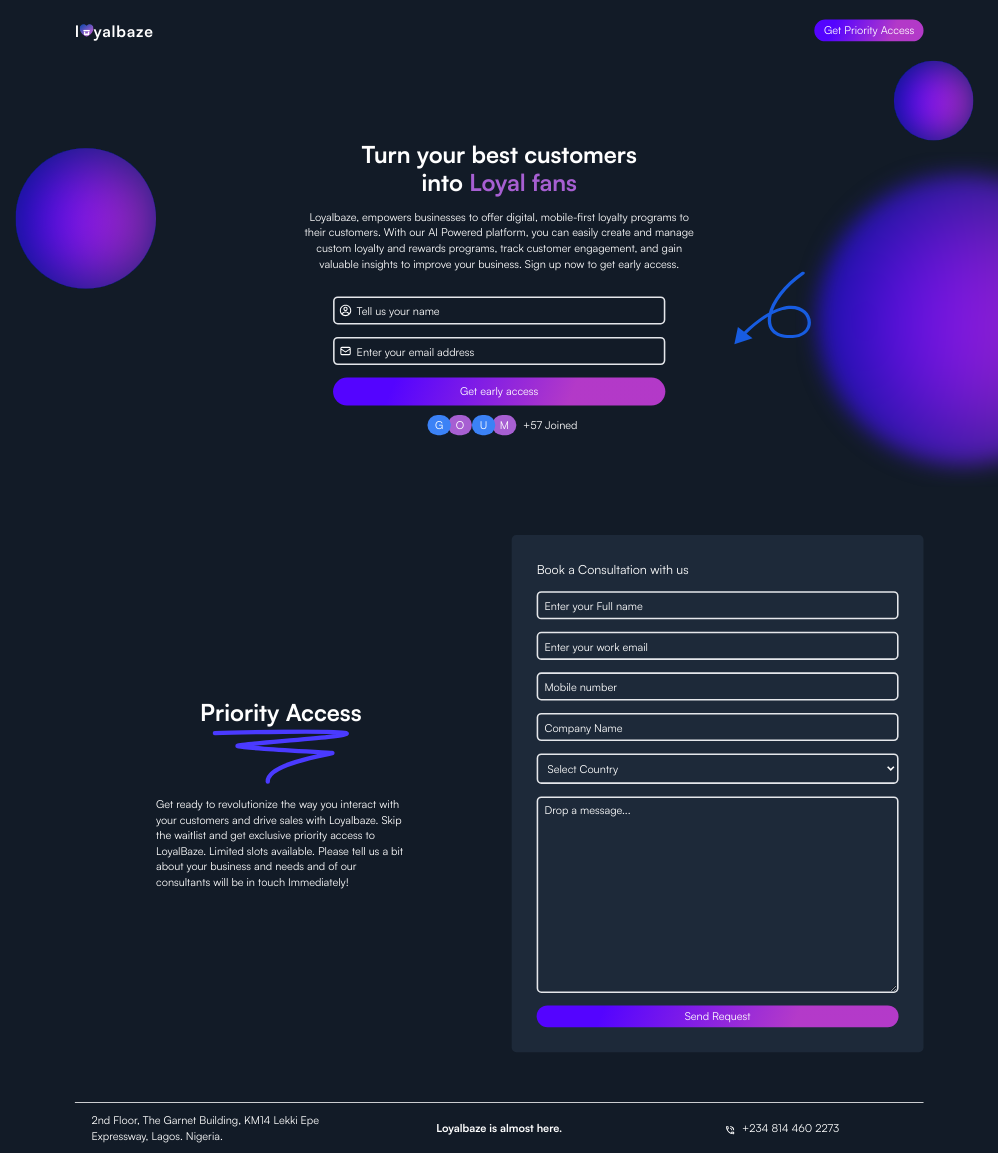
Repository: Jerified/loyalbaze
Page: /
The author's editor kept a copy of each file at every save. The page is drawn from the files as they stood at one save, then again after the next save.
The browser window is 1280 px wide. The pictures show the whole page, at 78% of full size.
The project was rebuilt for these pictures with package versions that can differ from the ones it lists, and the page was loaded fresh each time. The framework's server and built-in components were replaced by stand-ins that run in the browser. Also part of the build but not shown: next.config.js.

Above is the page before, as saved 2023-02-14 17:35:59.

### src/app/layout.tsx
import Header from '@/components/Header'
import localFont from '@next/font/local'
import './globals.css'
// import Providers from '../../';

const satoshi = localFont({
  src: [
    {
      path: '../../public/fonts/Satoshi-Regular.woff2',
      weight: '400',
    },
    {
      path: '../../public/fonts/Satoshi-Bold.woff2',
      weight: '700',
    },
  ]
})

export default function RootLayout({
  children,
}: {
  children: React.ReactNode
}) {
  return (
    <html lang="en">
      <head />
      <body className={satoshi.className}>
          <Header />
          {children}
      </body>
    </html>
  );
}

### src/app/page.tsx
import Contents from "@/components/Contents";
import Footer from "@/components/Footer";
import Form from "@/components/Form";


export default async function Home() {

  return  (
  <main className=''>
    <Contents />
    <Form />
    <Footer />
  </main>
  )
}

### src/components/Header.tsx
import { AiFillHome } from "react-icons/ai";
import { BsFillInfoCircleFill } from "react-icons/bs";
import Link from "next/link";

export default function Header() {
  return (
    <div className="flex justify-between px-8 sm:mx-auto items-center py-6 max-w-6xl mx-auto">
      <div className="text-xl font-semibold tracking-wider flex items-end justify-end">
        l
        <div className="relative">
          <svg
            width="10"
            height="8"
            viewBox="0 0 10 8"
            fill="none"
            xmlns="http://www.w3.org/2000/svg"
            className="absolute bottom-2 right-[0.23rem]"
          >
            <path
              d="M8.42822 3V5.57143C8.42822 6.51857 7.66108 7.28571 6.71394 7.28571H3.28537C2.33822 7.28571 1.57108 6.51857 1.57108 5.57143V3C1.57108 2.76429 1.76394 2.57143 1.99965 2.57143H2.84394C3.07965 2.57143 3.27251 2.76429 3.27251 3V4.34571C3.27295 4.5733 3.36327 4.7915 3.5238 4.95283C3.68432 5.11416 3.90207 5.20556 4.12965 5.20714C4.29251 5.20714 4.45537 5.16 4.59679 5.06571L5.00394 4.8L5.38108 5.05286C5.64251 5.22857 5.97679 5.25 6.25537 5.1C6.53822 4.95 6.71394 4.66286 6.71394 4.34143V3C6.71394 2.76429 6.90679 2.57143 7.14251 2.57143H7.99965C8.23537 2.57143 8.42822 2.76429 8.42822 3ZM9.07108 0.857143V1.28571C9.07108 1.75714 8.84394 2.14286 8.21394 2.14286H1.78537C1.12965 2.14286 0.928223 1.75714 0.928223 1.28571V0.857143C0.928223 0.385714 1.12965 0 1.78537 0H8.21394C8.84394 0 9.07108 0.385714 9.07108 0.857143Z"
              fill="white"
            />
          </svg>

          <span className="w-">
            <svg
              width="18"
              height="30"
              viewBox="0 0 34 30"
              fill="none"
              xmlns="http://www.w3.org/2000/svg"
            >
              <path
                d="M24.4002 0.169922C21.3835 0.169922 18.6835 1.63659 17.0002 3.88659C16.1404 2.73461 15.0239 1.79891 13.7394 1.15375C12.4549 0.508585 11.0376 0.171731 9.60016 0.169922C4.4835 0.169922 0.333496 4.33659 0.333496 9.48659C0.333496 11.4699 0.650163 13.3033 1.20016 15.0033C3.8335 23.3366 11.9502 28.3199 15.9668 29.6866C16.5335 29.8866 17.4668 29.8866 18.0335 29.6866C22.0502 28.3199 30.1668 23.3366 32.8002 15.0033C33.3502 13.3033 33.6668 11.4699 33.6668 9.48659C33.6668 4.33659 29.5168 0.169922 24.4002 0.169922Z"
                fill="url(#paint0_linear_1098_9360)"
              />
              <defs>
                <linearGradient
                  id="paint0_linear_1098_9360"
                  x1="2.3335"
                  y1="0.333333"
                  x2="19.3335"
                  y2="22.5"
                  gradientUnits="userSpaceOnUse"
                >
                  <stop stop-color="#175CE1" stop-opacity="0.71" />
                  <stop offset="1" stop-color="#A75FD2" stop-opacity="0.94" />
                </linearGradient>
              </defs>
            </svg>
          </span>
        </div>
        yalbaze
      </div>

      <button className=" px-3 py-1 rounded-full bg-[linear-gradient(112.92deg,_#5404FF_18.35%,rgba(189,_59,_210,_0.94)_71.49%)] text-sm">
        <div className="bg-inherit">Get Priority Access</div>
      </button>
    </div>
  );
}

### src/app/globals.css


@tailwind base;
@tailwind components;
@tailwind utilities;

body{
  background-color: #121B27;
  color: white;
  font-family: 'satoshi';
}

@layer components {
  input {
  @apply bg-inherit border-2 w-full rounded-md py-1 px-2 pl-2 placeholder:text-[14px] caret-[#A75FD2] outline-none placeholder:text-white
  }
}

### src/components/Contents.tsx
import React from 'react'
import {CgProfile} from 'react-icons/cg'
import { HiOutlineMail } from "react-icons/hi";

const Contents = () => {
  return (
    <div className="pt-8 lg:pt-0 pb-16 relative px-8">
      <div className="hidden lg:flex justify-end">
        <svg
          width="102"
          height="102"
          viewBox="0 0 102 102"
          fill="none"
          xmlns="http://www.w3.org/2000/svg"
        >
          <g filter="url(#filter0_i_1098_9860)">
            <circle
              cx="51"
              cy="51"
              r="51"
              fill="url(#paint0_linear_1098_9860)"
            />
          </g>
          <defs>
            <filter
              id="filter0_i_1098_9860"
              x="0"
              y="0"
              width="103.02"
              height="104.04"
              filterUnits="userSpaceOnUse"
              color-interpolation-filters="sRGB"
            >
              <feFlood flood-opacity="0" result="BackgroundImageFix" />
              <feBlend
                mode="normal"
                in="SourceGraphic"
                in2="BackgroundImageFix"
                result="shape"
              />
              <feColorMatrix
                in="SourceAlpha"
                type="matrix"
                values="0 0 0 0 0 0 0 0 0 0 0 0 0 0 0 0 0 0 127 0"
                result="hardAlpha"
              />
              <feOffset dx="1.02" dy="2.04" />
              <feGaussianBlur stdDeviation="25.5" />
              <feComposite
                in2="hardAlpha"
                operator="arithmetic"
                k2="-1"
                k3="1"
              />
              <feColorMatrix
                type="matrix"
                values="0 0 0 0 0 0 0 0 0 0.113725 0 0 0 0 0.431373 0 0 0 1 0"
              />
              <feBlend
                mode="normal"
                in2="shape"
                result="effect1_innerShadow_1098_9860"
              />
            </filter>
            <linearGradient
              id="paint0_linear_1098_9860"
              x1="5.1"
              y1="70.89"
              x2="100.108"
              y2="75.3654"
              gradientUnits="userSpaceOnUse"
            >
              <stop stop-color="#5404FF" />
              <stop offset="0.899616" stop-color="#BA2AD1" />
            </linearGradient>
          </defs>
        </svg>
      </div>
      <div className="absolute left-5 hidden lg:block -z-1">
        <svg
          width="180"
          height="200"
          viewBox="0 0 200 200"
          fill="none"
          xmlns="http://www.w3.org/2000/svg"
        >
          <g filter="url(#filter0_i_3346_6249)">
            <circle
              cx="100"
              cy="100"
              r="100"
              fill="url(#paint0_linear_3346_6249)"
            />
          </g>
          <defs>
            <filter
              id="filter0_i_3346_6249"
              x="0"
              y="0"
              width="202"
              height="204"
              filterUnits="userSpaceOnUse"
              color-interpolation-filters="sRGB"
            >
              <feFlood flood-opacity="0" result="BackgroundImageFix" />
              <feBlend
                mode="normal"
                in="SourceGraphic"
                in2="BackgroundImageFix"
                result="shape"
              />
              <feColorMatrix
                in="SourceAlpha"
                type="matrix"
                values="0 0 0 0 0 0 0 0 0 0 0 0 0 0 0 0 0 0 127 0"
                result="hardAlpha"
              />
              <feOffset dx="2" dy="4" />
              <feGaussianBlur stdDeviation="50" />
              <feComposite
                in2="hardAlpha"
                operator="arithmetic"
                k2="-1"
                k3="1"
              />
              <feColorMatrix
                type="matrix"
                values="0 0 0 0 0 0 0 0 0 0.113725 0 0 0 0 0.431373 0 0 0 1 0"
              />
              <feBlend
                mode="normal"
                in2="shape"
                result="effect1_innerShadow_3346_6249"
              />
            </filter>
            <linearGradient
              id="paint0_linear_3346_6249"
              x1="10"
              y1="139"
              x2="196.289"
              y2="147.775"
              gradientUnits="userSpaceOnUse"
            >
              <stop stop-color="#5404FF" />
              <stop offset="0.899616" stop-color="#BA2AD1" />
            </linearGradient>
          </defs>
        </svg>
      </div>
      <div className="absolute right-0 hidden lg:block -z-1">
        <svg
          width="260"
          height="460"
          viewBox="0 0 279 460"
          fill="none"
          xmlns="http://www.w3.org/2000/svg"
        >
          <g filter="url(#filter0_if_3250_3646)">
            <circle
              cx="230"
              cy="230"
              r="200"
              fill="url(#paint0_linear_3250_3646)"
            />
          </g>
          <defs>
            <filter
              id="filter0_if_3250_3646"
              x="0"
              y="0"
              width="460"
              height="460"
              filterUnits="userSpaceOnUse"
              color-interpolation-filters="sRGB"
            >
              <feFlood flood-opacity="0" result="BackgroundImageFix" />
              <feBlend
                mode="normal"
                in="SourceGraphic"
                in2="BackgroundImageFix"
                result="shape"
              />
              <feColorMatrix
                in="SourceAlpha"
                type="matrix"
                values="0 0 0 0 0 0 0 0 0 0 0 0 0 0 0 0 0 0 127 0"
                result="hardAlpha"
              />
              <feOffset dx="4" dy="8" />
              <feGaussianBlur stdDeviation="100" />
              <feComposite
                in2="hardAlpha"
                operator="arithmetic"
                k2="-1"
                k3="1"
              />
              <feColorMatrix
                type="matrix"
                values="0 0 0 0 0 0 0 0 0 0.113725 0 0 0 0 0.431373 0 0 0 1 0"
              />
              <feBlend
                mode="normal"
                in2="shape"
                result="effect1_innerShadow_3250_3646"
              />
              <feGaussianBlur
                stdDeviation="15"
                result="effect2_foregroundBlur_3250_3646"
              />
            </filter>
            <linearGradient
              id="paint0_linear_3250_3646"
              x1="50"
              y1="308"
              x2="422.578"
              y2="325.551"
              gradientUnits="userSpaceOnUse"
            >
              <stop stop-color="#5404FF" />
              <stop offset="0.899616" stop-color="#BA2AD1" />
            </linearGradient>
          </defs>
        </svg>
      </div>

      <h1 className="font-bold text-center text-3xl max-w-sm mx-auto">
        Turn your best customers into{" "}
        <span className="text-[#A75FD2] ">Loyal fans</span>
      </h1>
      <p className="text-center pt-4 max-w-[22rem] md:max-w-lg mx-auto text-sm z-100">
        Loyalbaze, empowers businesses to offer digital, mobile-first loyalty
        programs to their customers. With our AI Powered platform, you can
        easily create and manage custom loyalty and rewards programs, track
        customer engagement, and gain valuable insights to improve your
        business. Sign up now to get early access.
      </p>
      <form action="" className="pt-8 grid place-items-center gap-4 pb-3 relative">
        <div className='absolute right-[13rem] top-0 hidden lg:block'>
          <svg width="99" height="94" viewBox="0 0 99 94" fill="none" xmlns="http://www.w3.org/2000/svg">
<path d="M89.8737 3.49999C90.82 2.84772 91.0138 1.6312 90.3065 0.782795C89.5992 -0.0656061 88.2586 -0.224608 87.3123 0.427655L89.8737 3.49999ZM75.1908 83.4453L75.2913 85.3794L75.1908 83.4453ZM0.487821 93.343L23.7889 85.632L5.03935 71.2977L0.487821 93.343ZM87.3123 0.427655C63.2326 17.0251 47.5056 38.4428 43.9972 55.6668C42.2394 64.2962 43.5064 72.1624 48.7779 77.7112C54.0665 83.278 62.9501 86.0571 75.2913 85.3794L75.0903 81.5112C63.5102 82.147 56.1583 79.4988 52.0369 75.1606C47.8985 70.8045 46.5811 64.288 48.2042 56.3198C51.4574 40.3488 66.3528 19.7123 89.8737 3.49999L87.3123 0.427655ZM75.2913 85.3794C87.4389 84.7124 94.9158 78.9117 97.5774 71.5997C100.191 64.4195 98.034 56.077 91.6943 50.4846C85.2748 44.8217 74.8195 42.1622 61.2105 45.8016C47.6707 49.4225 30.939 59.2723 11.4376 78.6706L14.5831 81.2586C33.8025 62.1408 49.8871 52.8556 62.3705 49.5172C74.7847 46.1974 83.5594 48.7545 88.6881 53.2787C93.8967 57.8734 95.6063 64.6887 93.5159 70.4314C91.4735 76.0424 85.6761 80.9299 75.0903 81.5112L75.2913 85.3794Z" fill="#175CE1"/>
</svg>

        </div>
        <div className="w-[80%] md:w-[60%] lg:max-w-[35%] relative flex items-center">
          <input
            type="text"
            className=" bg-inherit border-2 w-full rounded-md py-1 px-2 pl-7 placeholder:text-[14px] "
            placeholder="Tell us your name"
          />
          <CgProfile className="absolute left-2 top-[50%] -translate-y-[50%]" />
        </div>
        <div className="w-[80%] md:w-[60%] lg:max-w-[35%] relative flex items-center">
          <input
            type="text"
            className=" bg-inherit border-2 w-full rounded-md py-1 px-2 pl-7 placeholder:text-[14px] placeholder:pt-[-1px] "
            placeholder="Enter your email address"
          />
          <HiOutlineMail className="absolute left-2 top-[50%] -translate-y-[50%]" />
        </div>
        <button className="text-sm bg-[linear-gradient(112.92deg,_#5404FF_18.35%,rgba(189,_59,_210,_0.94)_71.49%)] rounded-full w-[80%] md:w-[60%] lg:max-w-[35%] py-2">
          Get early access
        </button>
      </form>
      <div className="flex relative text-sm justify-center items-center">
        <p className="bg-blue-500 rounded-full w-fit px-[10px] py-[3px] relative  left-2 z-10">
          G
        </p>
        <p className="bg-[#A75FD2] rounded-full w-fit px-[10px] py-[3px] relative left-1">
          O
        </p>
        <p className="bg-blue-500 rounded-full w-fit px-[10px] py-[3px] relative left-1">
          U
        </p>
        <p className="bg-[#A75FD2] rounded-full w-fit px-[10px] py-[3px]">M</p>
        <p className="pl-2 font-medium">+57 Joined</p>
      </div>
      <div className=""></div>
    </div>
  );
}

export default Contents

### src/components/Footer.tsx
import React from 'react'
import {MdOutlinePhoneInTalk} from 'react-icons/md'

const Footer = () => {
  return (
    <div className='max-w-6xl mx-auto px-8'>
      <div
        className="border-b border-white
        "
      />
      <div className="lg:grid lg:grid-cols-3 text-center gap-y-3 text-sm py-3 lg:gap-0 items-center">
        <div className="font-semibold order-2 ">Loyalbaze is almost here.</div>
        <div className="max-w-[20rem] mx-auto order-1 lg:text-start">
          2nd Floor, The Garnet Building, KM14 Lekki Epe Expressway, Lagos.
          Nigeria.
        </div>
        <div className="flex justify-center items-center gap-2 order-3 lg:items-end">
          <MdOutlinePhoneInTalk />
          <p className="">+234 814 460 2273</p>
        </div>
      </div>
    </div>
  );
}

export default Footer

### src/components/Form.tsx
import React from "react";

const Form = () => {
  return (
    <>
      <main className="lg:grid grid-cols-2 gap-8 items-center max-w-6xl mx-auto px-8">
        <div className="text-center lg:text-start lg:place-items-center">
          <h1 className="font-semibold text-3xl ">Priority Access</h1>
          <div className="grid place-items-center pt-1">
            <svg
              width="176"
              height="70"
              viewBox="0 0 176 70"
              fill="none"
              xmlns="http://www.w3.org/2000/svg"
            >
              <path
                d="M3.5 4.8585C26.7327 3.78401 160.807 1.27686 171.613 4.8585C185.121 9.33556 39.9697 17.9315 32.6758 21.155C26.8406 23.7338 146.678 29.5718 153.702 30.2882C160.726 31.0045 70.2263 42.3583 71.3069 67"
                stroke="#4A3AFF"
                stroke-width="5.55173"
                stroke-linecap="round"
              />
            </svg>
          </div>
          <p className="pt-4 text-sm max-w-[22rem] md:max-w-lg lg:max-w-[20rem] mx-auto lg:m-0">
            Get ready to revolutionize the way you interact with your customers
            and drive sales with Loyalbaze. Skip the waitlist and get exclusive
            priority access to LoyalBaze. Limited slots available. Please tell
            us a bit about your business and needs and of our consultants will
            be in touch Immediately!
          </p>
        </div>
        <div className=" -auto">
          <form action="" className="py-8 bg-[#1D2939] my-16 rounded-md">
            <div className=" flex flex-col gap-4 mx-auto px-6 lg:px-8">
              <p className="">Book a Consultation with us</p>
              <input
                type="text"
                className="input"
                placeholder="Enter your Full name"
              />
              <input
                type="email"
                className="input"
                placeholder="Enter your work email"
              />
              <input type="tel" className="input" placeholder="Mobile number" />
              <input type="text" className="input" placeholder="Company Name" />
              <select
                name="Select Country"
                id=""
                className=" bg-inherit border-2 w-full rounded-md py-2 px-2 pl-2 placeholder:text-[14px] caret-[#A75FD2] outline-none text-[14px]"
              >
                <option
                  value="Select Country"
                  className="placeholder:text-[14px] text-[14px]"
                >
                  Select Country
                </option>
              </select>
              <textarea
                name=""
                id=""
                cols="0"
                rows="10"
                placeholder="Drop a message..."
                className=" bg-inherit border-2 w-full rounded-md py-1 px-2 pl-2 placeholder:text-[14px] caret-[linear-gradient(112.92deg,_#5404FF_18.35%,rgba(189,_59,_210,_0.94)_71.49%)] outline-none resize-non placeholder:text-white"
              />
              <button className=" px-3 py-1 rounded-full bg-[linear-gradient(112.92deg,_#5404FF_18.35%,rgba(189,_59,_210,_0.94)_71.49%)] text-sm">
                Send Request
              </button>
            </div>
          </form>
        </div>
      </main>
    </>
  );
};

export default Form;

### tailwind.config.js
/** @type {import('tailwindcss').Config} */
module.exports = {
  content: ["./src/**/*.{html,js,jsx,ts,tsx}"],
  theme: {
    fontFamily: {
      'satochi': ['Satoshi', 'sans-serif'],
    },
    extend: {},
  },
  plugins: [],
  darkMoode:"class"
}

After the next save:
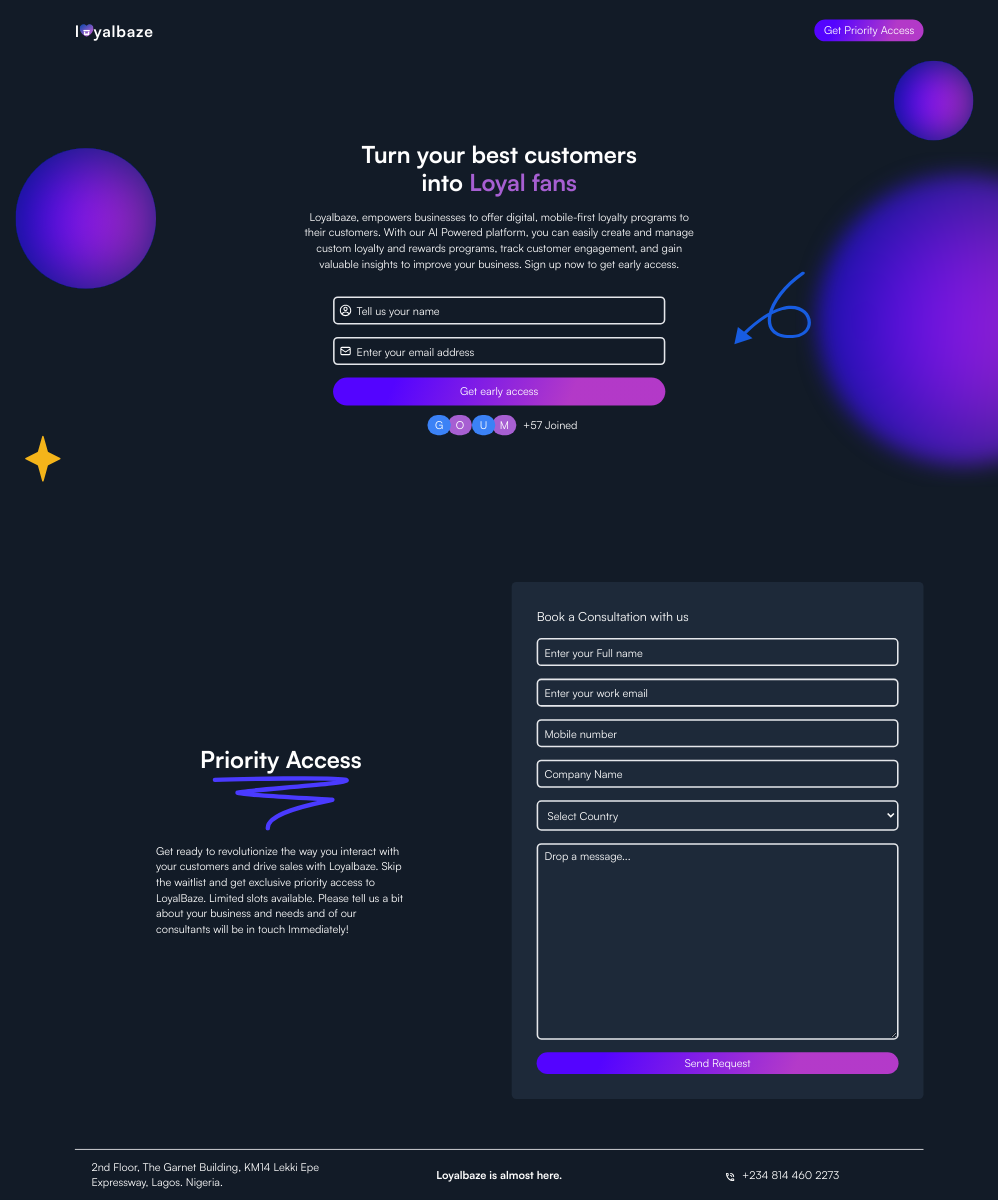
Saved 5 s later.
--- a/src/components/Contents.tsx
+++ b/src/components/Contents.tsx
@@ -274,7 +274,12 @@
         <p className="bg-[#A75FD2] rounded-full w-fit px-[10px] py-[3px]">M</p>
         <p className="pl-2 font-medium">+57 Joined</p>
       </div>
-      <div className=""></div>
+      <div className="">
+        <svg width="46" height="60" viewBox="0 0 46 60" fill="none" xmlns="http://www.w3.org/2000/svg">
+<path d="M22.0364 1.47205C22.3075 0.495278 23.6925 0.495274 23.9636 1.47205L29.3625 20.9258C29.4386 21.2002 29.6282 21.4291 29.8836 21.5551L45.1824 29.1032C45.9257 29.47 45.9257 30.53 45.1823 30.8968L29.8836 38.4449C29.6282 38.5709 29.4386 38.7998 29.3625 39.0742L23.9636 58.5279C23.6925 59.5047 22.3075 59.5047 22.0364 58.528L16.6375 39.0742C16.5614 38.7998 16.3718 38.5709 16.1164 38.4449L0.817651 30.8968C0.0742599 30.53 0.0742621 29.47 0.817654 29.1032L16.1164 21.5551C16.3718 21.4291 16.5614 21.2002 16.6375 20.9258L22.0364 1.47205Z" fill="#F4B41A"/>
+</svg>
+
+      </div>
     </div>
   );
 }
